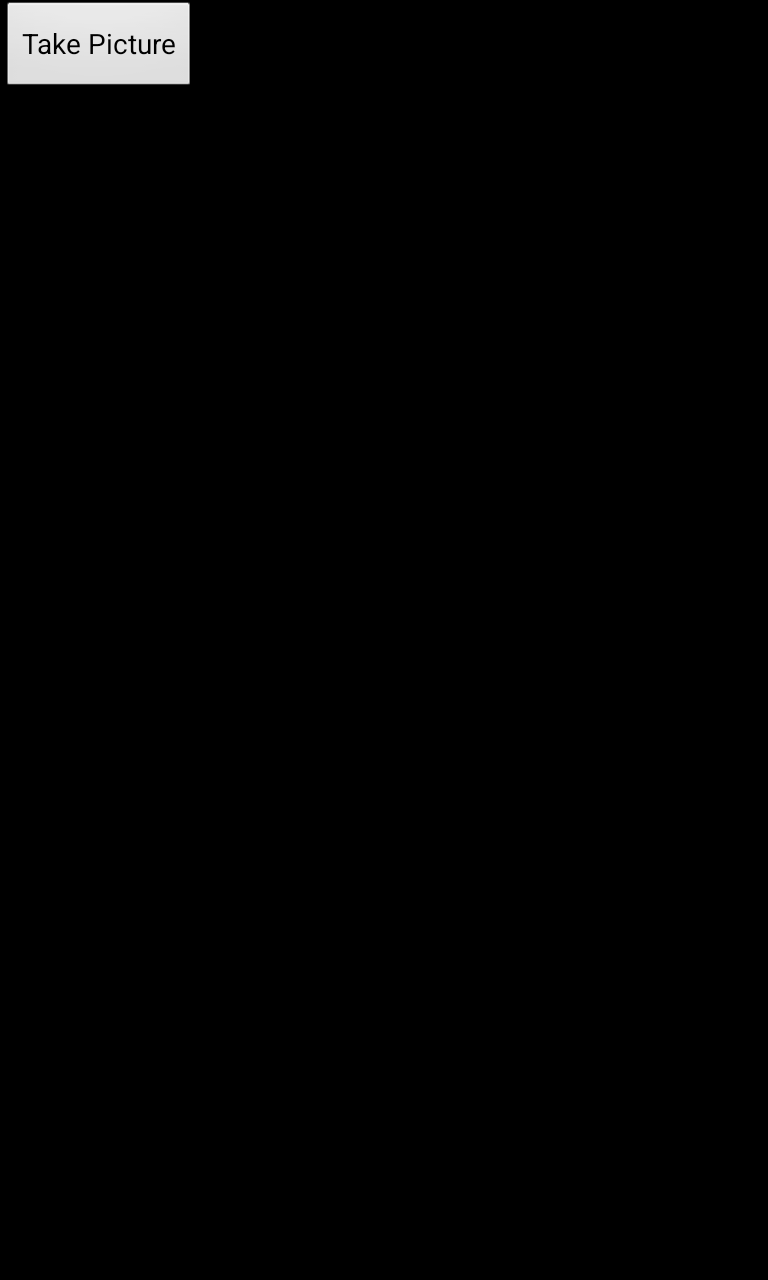
Repository: justnaelin/PhytoSenseIt-app
Layout: PhytoSenseIt/res/layout/activity_main.xml
These files come from the project's save history. The layout is drawn as it stood at one moment and after the next save; the edit follows.
Pictures or frames that could not be fetched are drawn as grey boxes. It is drawn on a 768 x 1280 px phone screen (xhdpi) without system bars, with theme android:Theme.NoTitleBar.Fullscreen; the app's code is not run.

Above is the layout before, as saved 2015-07-29 18:03:15.

After the next save:
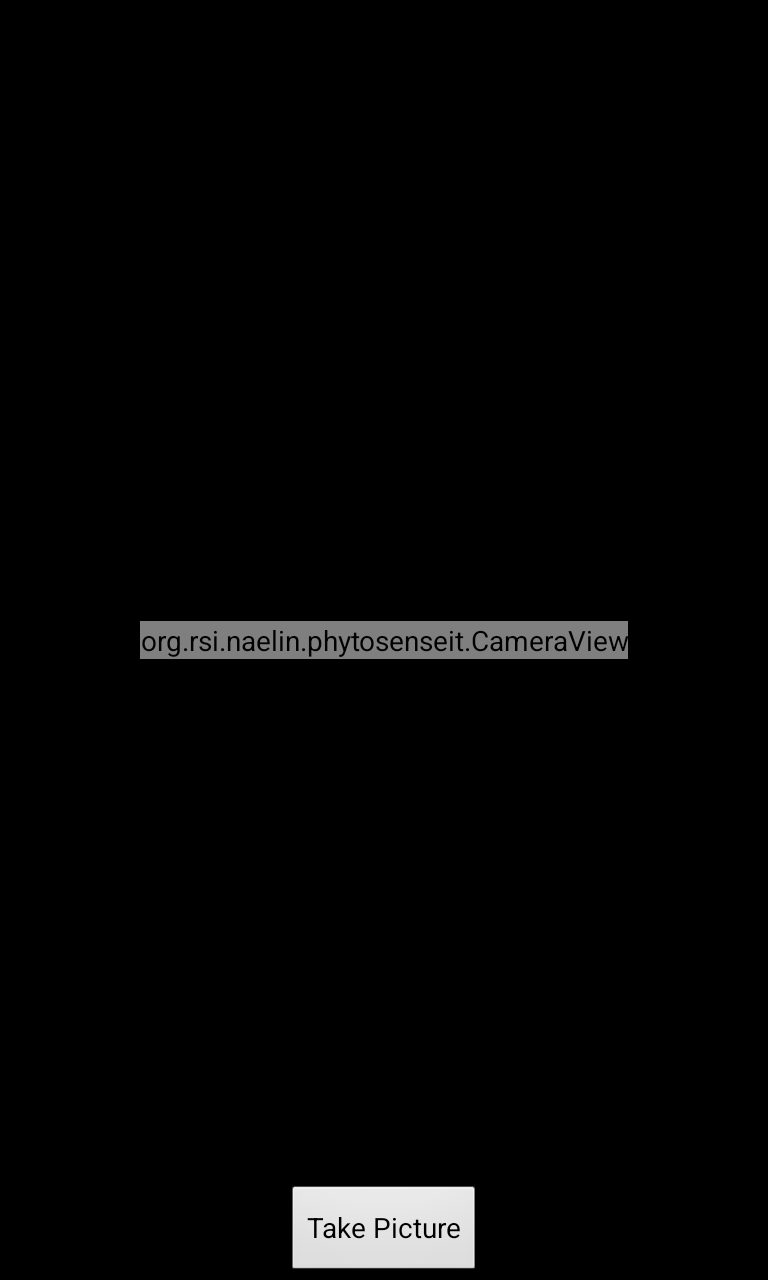
Saved 21 s later.
--- a/PhytoSenseIt/res/layout/activity_main.xml
+++ b/PhytoSenseIt/res/layout/activity_main.xml
@@ -15,11 +15,19 @@
         android:layout_width="match_parent"
         android:layout_height="match_parent" />
 
+    <org.rsi.naelin.phytosenseit.CameraView
+        android:id="@+id/cameraView1"
+        android:layout_width="wrap_content"
+        android:layout_height="wrap_content"
+        android:layout_centerHorizontal="true"
+        android:layout_centerVertical="true" />
+
     <Button
         android:id="@+id/take_photo_button"
         android:layout_width="wrap_content"
         android:layout_height="wrap_content"
-        android:layout_gravity="center_horizontal"
+        android:layout_alignParentBottom="true"
+        android:layout_centerHorizontal="true"
         android:text="Take Picture" />
 
 </RelativeLayout>
